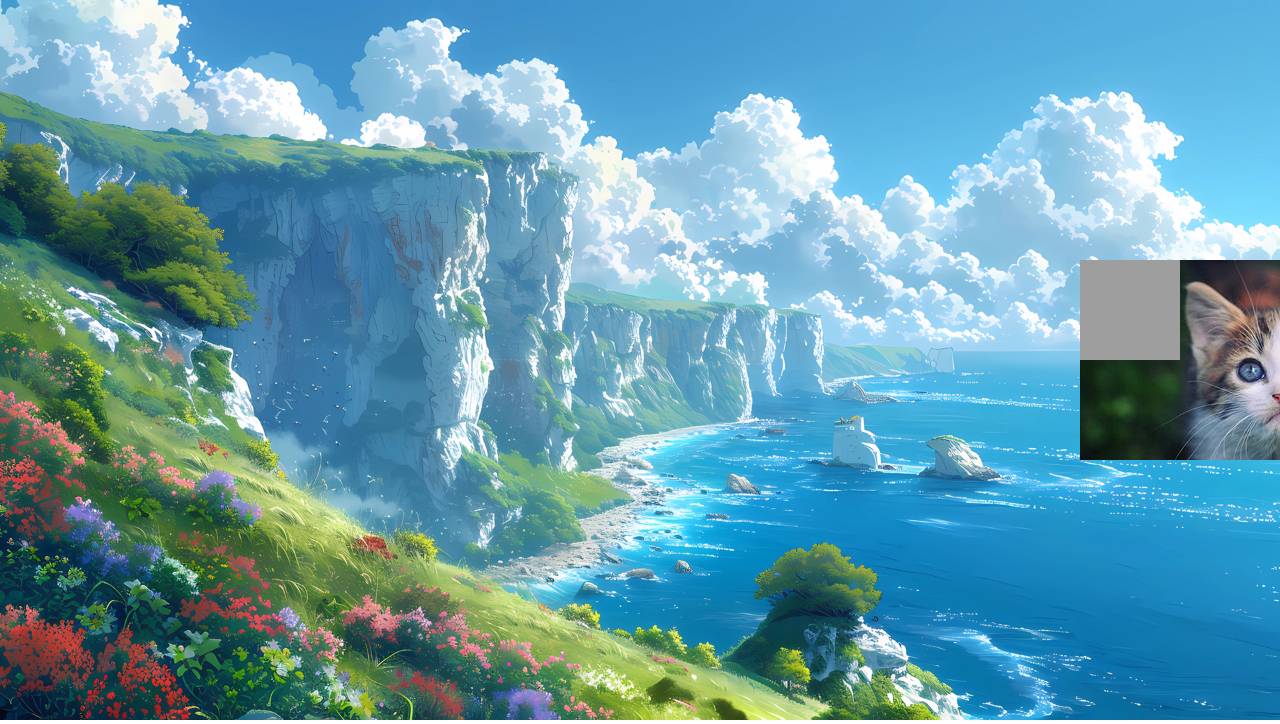
Repository: taoxiaofeng/hello-javascript
Page: master-class/position.html
These files come from the project's save history. The page is drawn as it stood at one moment and after a run of saves; the edit follows.
The browser window is 1280 px wide. The pictures show the whole page.
Pictures or frames that could not be fetched are drawn as grey boxes.

Above is the page before, as saved 2024-07-29 21:58:39.

After the next 3 saves:
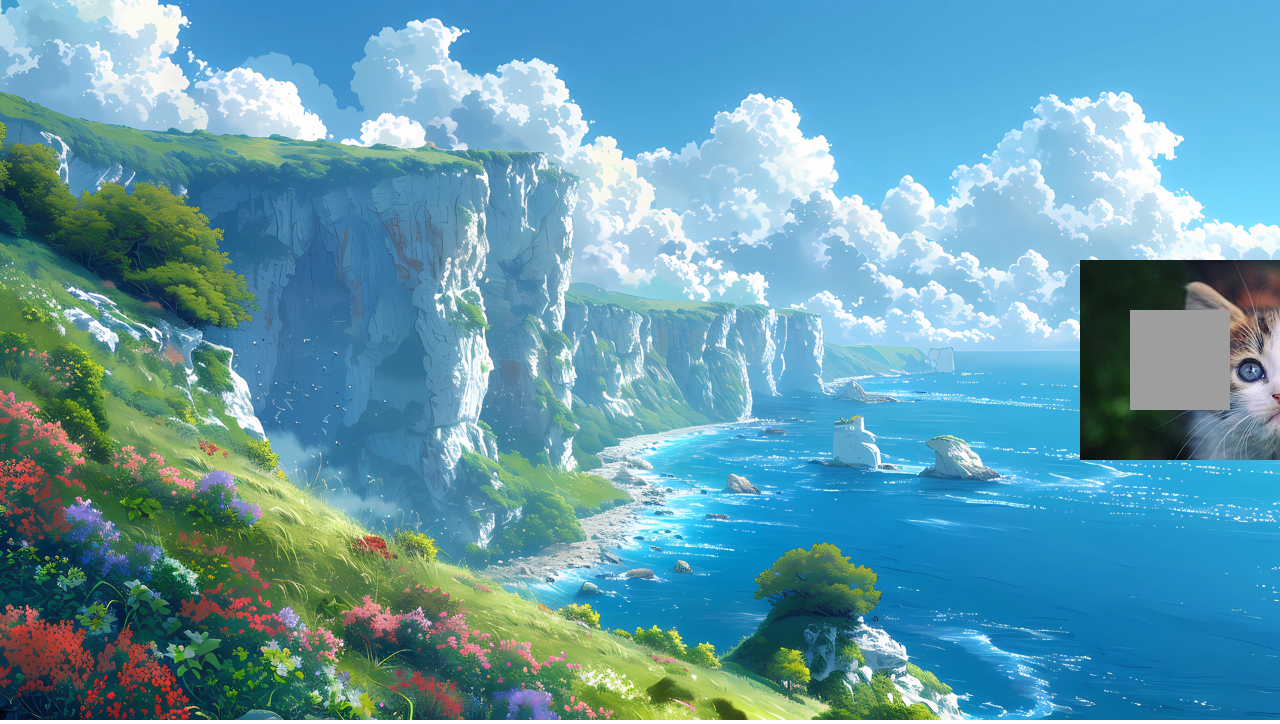
The 3 saves are shown as one change because they came seconds apart.
The last was saved 18 s later.
--- a/master-class/position.html
+++ b/master-class/position.html
@@ -52,6 +52,11 @@
    .cat .qrcode {
     width: 100px;
     height: 100px;
+    position: absolute;
+    top: 50%;
+    left: 50%;
+    margin-left: -50px;
+    margin-top: -50px;
   }
 
 
